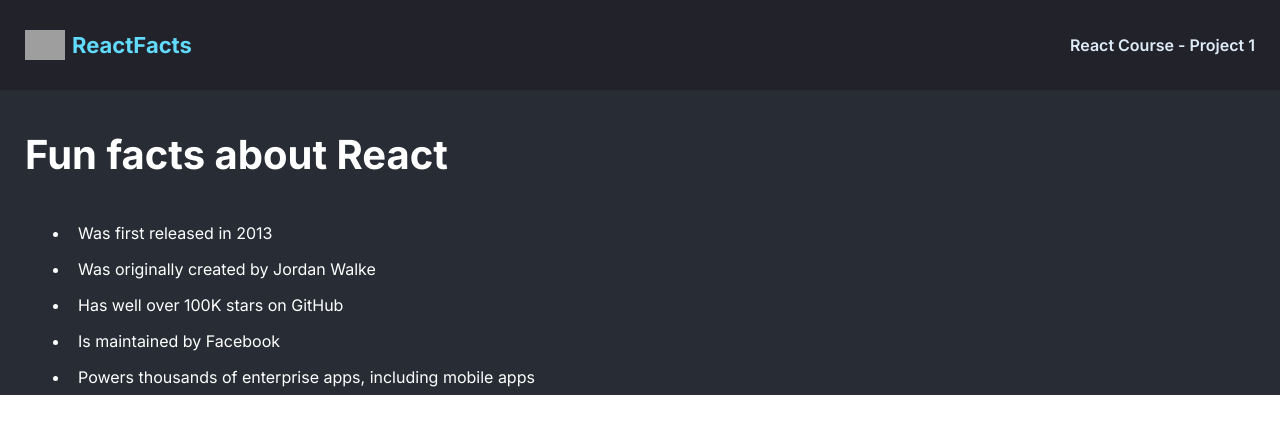
Repository: evemcd/scrimba-react2
Page: / (app in vite-react/)
These files come from the project's save history. The page is drawn as it stood at one moment and after the next save; the edit follows.
The browser window is 1280 px wide. The pictures show the whole page.
Pictures or frames that could not be fetched are drawn as grey boxes. The project was rebuilt for these pictures with package versions that can differ from the ones it lists, and the page was loaded fresh each time. Also part of the build but not shown: vite-react/vite.config.js.

Above is the page before, as saved 2023-08-04 12:11:21.

### vite-react/index.html
<!doctype html>
<html lang="en">

<head>
  <meta charset="UTF-8" />
  <meta name="viewport" content="width=device-width, initial-scale=1.0" />
  <link rel="preconnect" href="https://fonts.googleapis.com">
  <link rel="preconnect" href="https://fonts.gstatic.com" crossorigin>
  <link
    href="https://fonts.googleapis.com/css2?family=Inter:wght@400;600;700&family=Roboto+Condensed:wght@300;400;700&family=Roboto:ital,wght@0,400;0,700;0,900;1,300&display=swap"
    rel="stylesheet">
  <link rel="stylesheet" href="./src/index.css">
  <title>ReactFacts</title>
</head>

<body>
  <div id="root"></div>
  <script type="module" src="/src/index.jsx"></script>
</body>

</html>

### vite-react/src/index.css
* {
  box-sizing: border-box;
}

body {
  margin: 0;
  font-family: Inter, sans-serif;
}

nav {
  display: flex;
  align-items: center;
  background-color: #21222A;
  height: 90px;
  padding: 30px 25px;
}

.nav--icon {
  height: 30px;
  margin-right: 7px;
}

.nav--logo_text {
  color: #61DAFB;
  margin: 0;
  margin-right: auto;
  font-weight: 700;
  font-size: 22px;
}

.nav--title {
  margin: 0;
  color: #DEEBF8;
  font-weight: 600;
}

.main {
  background-color: #282D35;
  color: #FFFFFF;
}

.main>h1 {
  margin: 0;
  padding: 40px 25px 20px 25px;
  font-size: 40px;
}

.factsList {
  padding: 0 70px;
}

.listElements {
  padding: 8px;
  font-size: 16px;
}

### vite-react/src/index.jsx
import React from 'react'
import ReactDOM from 'react-dom'
import App from './App.jsx'



ReactDOM.render(
  <App />,
  document.getElementById('root'))

### vite-react/src/App.jsx
import React from 'react'
import Navbar from './components/Navbar.jsx'
import Main from './components/Main.jsx'

export default function App() {
    return (
        <div className="container">
            <Navbar />
            <Main />
        </div>
    )
}

### vite-react/src/components/Navbar.jsx
import '../index.css'

export default function Navbar() {
    return (
        <nav>
            <img src="../../public/img/react-logo.png" className='nav--icon' />
            <h3 className='nav--logo_text'>ReactFacts</h3>
            <h4 className='nav--title'>React Course - Project 1</h4>
        </nav>
    )
}

### vite-react/src/components/Main.jsx
export default function Main() {
    return (
        <main className="main">
            <h1>Fun facts about React</h1>
            <ul className="factsList">
                <li className="listElements">Was first released in 2013</li>
                <li className="listElements">Was originally created by Jordan Walke</li>
                <li className="listElements">Has well over 100K stars on GitHub</li>
                <li className="listElements">Is maintained by Facebook</li>
                <li className="listElements">Powers thousands of enterprise apps, including mobile apps</li>
            </ul>
        </main>
    )
}

After the next save:
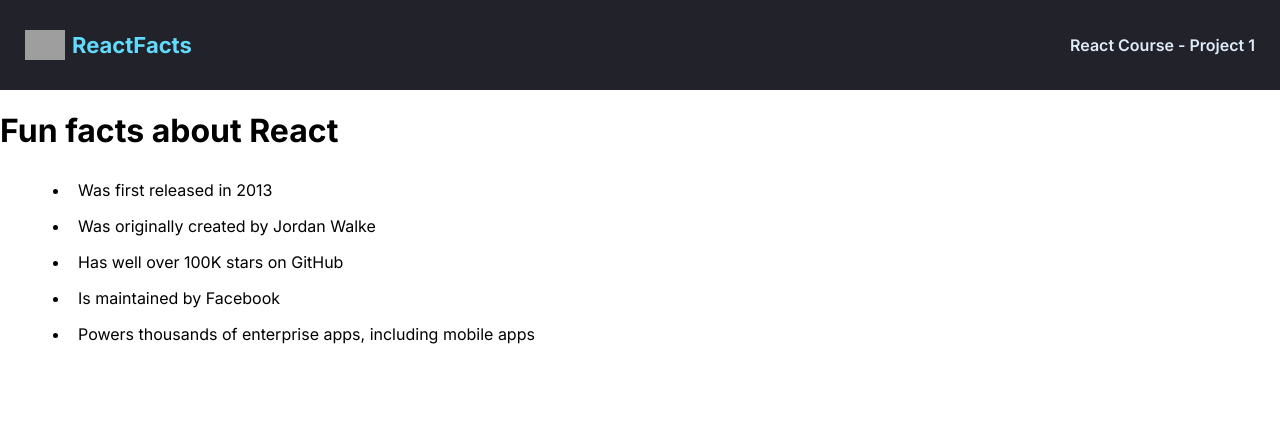
Saved 42 s later.
--- a/vite-react/src/components/Main.jsx
+++ b/vite-react/src/components/Main.jsx
@@ -1,6 +1,6 @@
 export default function Main() {
     return (
-        <main className="main">
+        <main>
             <h1>Fun facts about React</h1>
             <ul className="factsList">
                 <li className="listElements">Was first released in 2013</li>

After the save that followed:
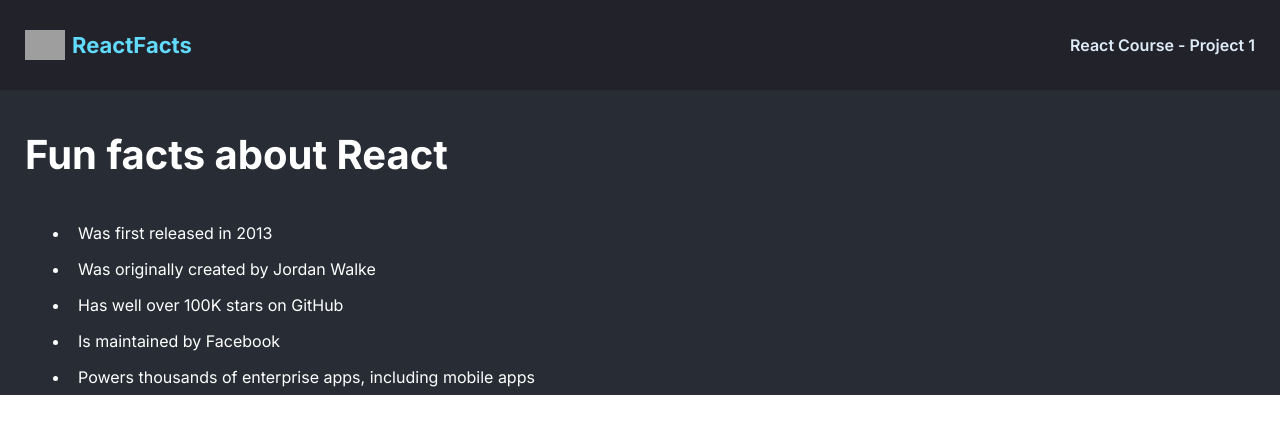
Saved 41 s later.
--- a/vite-react/src/index.css
+++ b/vite-react/src/index.css
@@ -34,12 +34,12 @@ nav {
   font-weight: 600;
 }
 
-.main {
+main {
   background-color: #282D35;
   color: #FFFFFF;
 }
 
-.main>h1 {
+main>h1 {
   margin: 0;
   padding: 40px 25px 20px 25px;
   font-size: 40px;
